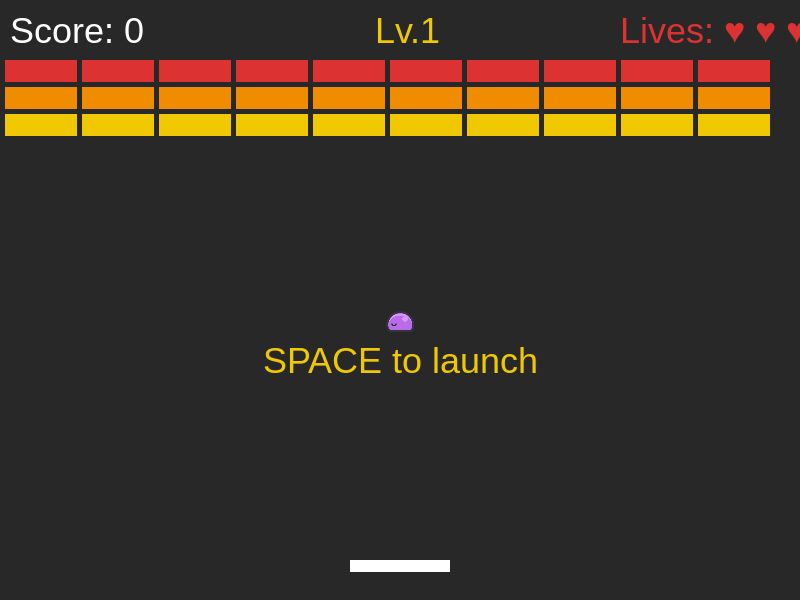
Repository: 20260182H-am/my-first-game
Script's output: python BreakOut.py
These files come from the project's save history. The script's output is drawn as it stood at one moment and after the next save; the edit follows.
The window is shown after at most 60 frames with no key pressed. A system font it names is replaced by a similar one. Random numbers start from a fixed seed. It also reads assets/images/BreakOut_ball.png.

Above is the script's output before, as saved 2026-04-07 15:22:51.

After the next save:
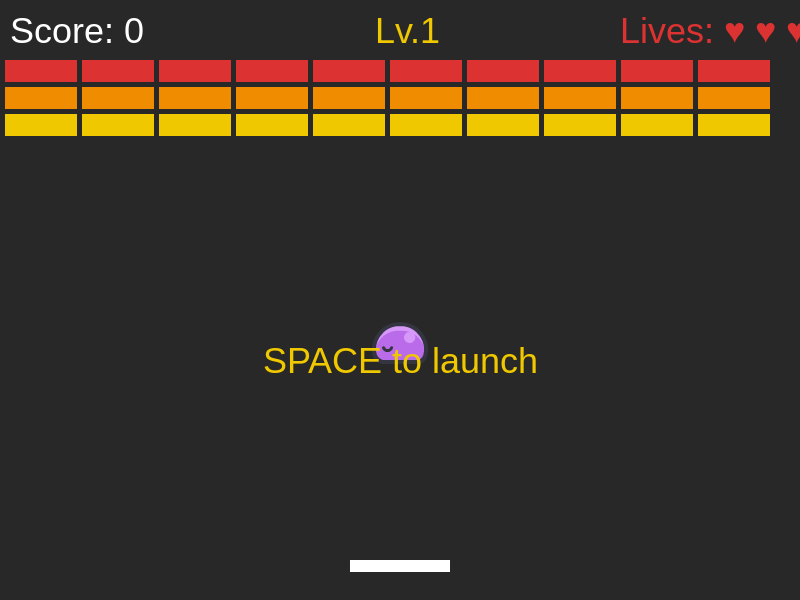
Saved 21 s later.
--- a/BreakOut.py
+++ b/BreakOut.py
@@ -32,7 +32,7 @@
 font_big = get_korean_font(72)
 
 # 🔥 공 이미지 로드 (추가된 부분)
-BALL_R = 16
+BALL_R = 32
 ball_img = pygame.image.load("./assets/images/BreakOut_ball.png").convert_alpha()
 ball_img = pygame.transform.scale(ball_img, (BALL_R * 2, BALL_R * 2))
 
